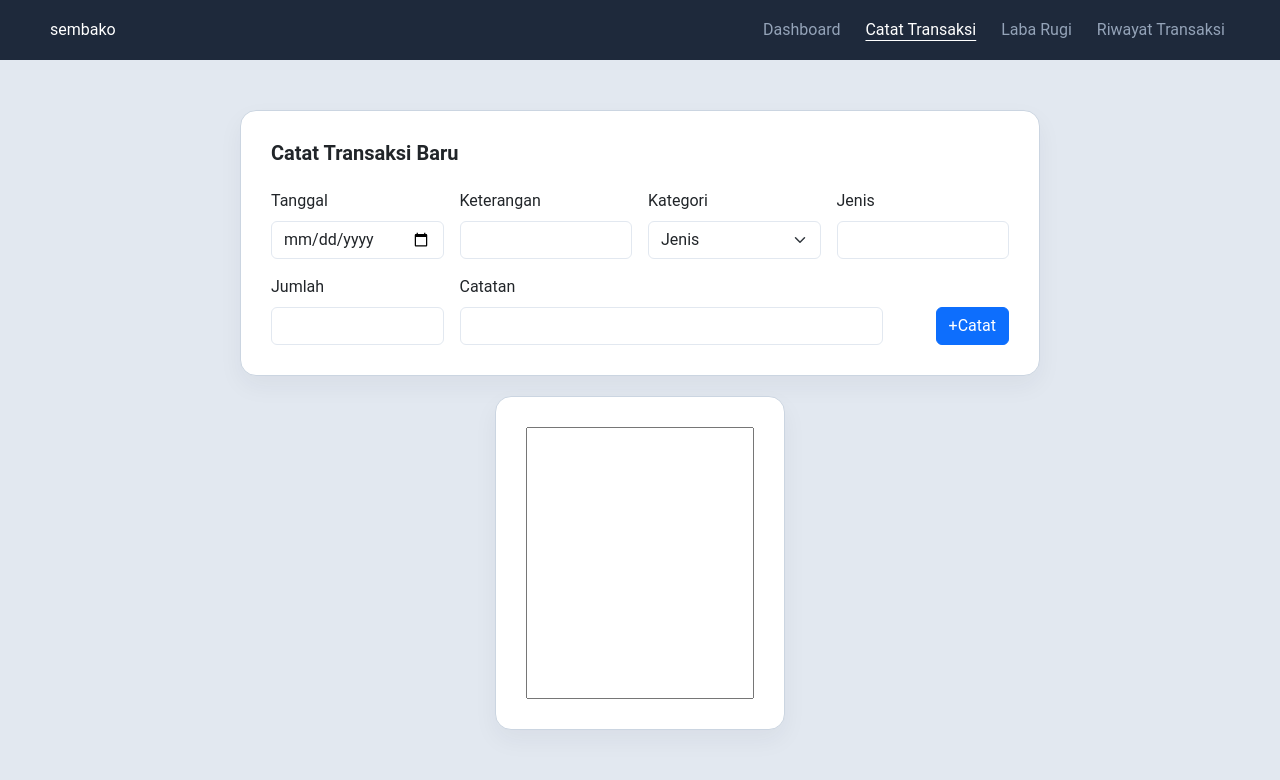
Repository: musdalifahzahra/Projek-Akhir-PWD-2026
Page: http://localhost/3-catat-transaksi.php
These files come from the project's save history. The page is drawn as it stood at one moment and after the next save; the edit follows.
The browser window is 1280 px wide. The pictures show the whole page.
The page is run by PHP 8.4 with error messages shown; the project is at /var/www/html/.

Above is the page before, as saved 2026-04-10 17:47:54.

### 3-catat-transaksi.php
<!DOCTYPE html>
<html lang="en">

<head>
    <meta charset="UTF-8">
    <meta name="viewport" content="width=device-width, initial-scale=1.0">
    <title>Catat Transaksi</title>
    <link rel="stylesheet" href="https://cdn.jsdelivr.net/npm/bootstrap@5.3.8/dist/css/bootstrap.min.css">
    <link rel="stylesheet" href="template-css.css">
    <link rel="stylesheet" href="3-catat-transaksi-css.css">
</head>

<body>
    <nav>
        <div class="profile">
            <span>sembako</span>
        </div>
        <div class="nav_list">
            <ul>
                <li><a href="2-dashboard.php">Dashboard</a></li>
                <li><a href="3-catat-transaksi.php" class="nav-active">Catat Transaksi</a></li>
                <li><a href="4-laba-rugi.php">Laba Rugi</a></li>
                <li><a href="5-laporan.php">Riwayat Transaksi</a></li>
            </ul>
        </div>
    </nav>

    <div class="wrap">
        <!-- input transaksi -->
        <div class="input-transaksi template">
            <form class="row g-3">
                <h5>Catat Transaksi Baru</h5><br>
                <!-- tanggal -->
                <div class="col-md-3">
                    <label for="tanggal" class="form-label">Tanggal</label>
                    <input type="date" class="form-control" id="tanggal">
                </div>
                <!-- keterangan -->
                <div class="col-md-3">
                    <label for="keterangan" class="form-label">Keterangan</label>
                    <input type="text" class="form-control" id="keterangan">
                </div>
                <!-- kategori -->
                <div class="col-md-3">
                    <label for="inputZip" class="form-label">Kategori</label>
                    <select class="form-select" id="kategori" aria-label="Default select example">
                        <option selected>Jenis</option>
                        <option value="Pemasukan">Pemasukan</option>
                        <option value="Pengeluaran">Pengeluaran</option>
                    </select>
                </div>
                <!-- jenis -->
                <div class="col-md-3">
                    <label for="jenis" class="form-label">Jenis</label>
                    <input type="text" class="form-control" id="jenis">
                </div>
                <!-- jumlah-->
                <div class="col-md-3">
                    <label for="jumlah" class="form-label">Jumlah</label>
                    <input type="number" class="form-control" id="jumlah">
                </div>
                <!-- catatan -->
                <div class="col-md-7">
                    <label for="catatan" class="form-label">Catatan</label>
                    <input type="text" class="form-control" id="catatan">
                </div>
                <!-- submit +catat -->
                <div class="col-md-2 d-flex align-items-end justify-content-end">
                    <button type="submit" class="btn btn-primary" id="catat"> +Catat  </button>
                </div>
            </form>
        </div>

        <!-- transaksi terbaru -->
        <div class="transaksi-terbaru template">
            <input type="text">
        </div>
    </div>
</body>

</html>

### template-css.css
:root {
  --color-nav: #1e293b;
  --color-bag-web: #e2e8f0;
  --color-card: #ffffff;
  --color-belum-dipencet: #94a3b8;
  --color-kurson: #cbd5e1;
  --color-tulisan-utama: #334155;
  --color-pemasukan: #10b981;
  --color-pengeluaran: #ef4444;
  --color-border: #e2e8f0;
  --color-border-card: #cbd5e1;
}

body {
  font-family: "Roboto", sans-serif;
}

nav {
  background-color: var(--color-nav);
  height: 60px;
  display: flex;
  align-items: center;
  justify-content: space-between;
  padding: 0px 50px;
  z-index: 1;
}

nav span {
  color: var(--color-card);
}

nav ul {
  padding: 0px;
  margin: 0px;
  display: flex;
  gap: 20px;
}
nav li {
  margin-right: 5px;
  display: inline;
  font-style: none;
}

nav a {
  color: var(--color-belum-dipencet);
  text-decoration: none;
}

.nav-active {
  color: var(--color-card);
  text-decoration: underline;
  text-underline-offset: 5px;
}

nav a:hover {
  color: var(--color-kurson);
}
body {
  background-color: var(--color-bag-web);
}

### 3-catat-transaksi-css.css
.wrap {
  display: flex;
  flex-direction: column;
  z-index: 2;
  width: 100%;
  min-height: 100vh;
  background-color: var(--color-bag-web);
  padding: 50px 20px;
  gap: 20px;
  justify-content: center;
  align-items: center;
}

h5 {
  font-weight: bold;
}
.template {
  max-width: 800px;
    border: 1.2px solid var(--color-border-card);
background-color: var(--color-card);
  border-radius: 16px;
  box-shadow: 0 10px 25px rgba(30, 41, 59, 0.05);
  padding: 30px !important; /* Beri ruang nafas lebih
}

.input-transaksi {
  display: flex;

  /* padding: 20px; */
}

.transaksi-terbaru {
  display: flex;
  flex: 1;
  /* padding: 20px; */
}
form .catat {
  margin: 0px;
  padding: 0px;
}

.form-control,
.form-select {
  border: 1px solid var(--color-border);
}

After the next save:
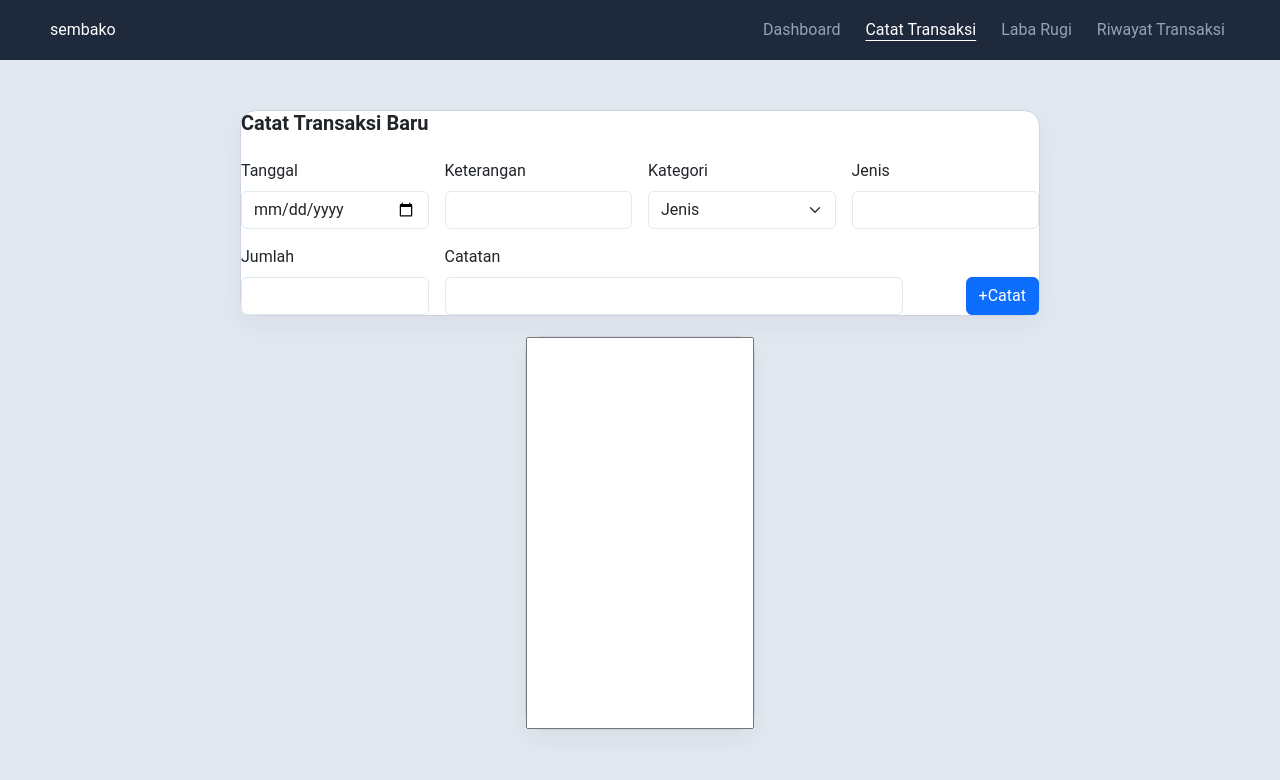
Saved 4 s later.
--- a/3-catat-transaksi-css.css
+++ b/3-catat-transaksi-css.css
@@ -20,7 +20,7 @@
 background-color: var(--color-card);
   border-radius: 16px;
   box-shadow: 0 10px 25px rgba(30, 41, 59, 0.05);
-  padding: 30px !important; /* Beri ruang nafas lebih
+
 }
 
 .input-transaksi {

After the 2 saves that followed:
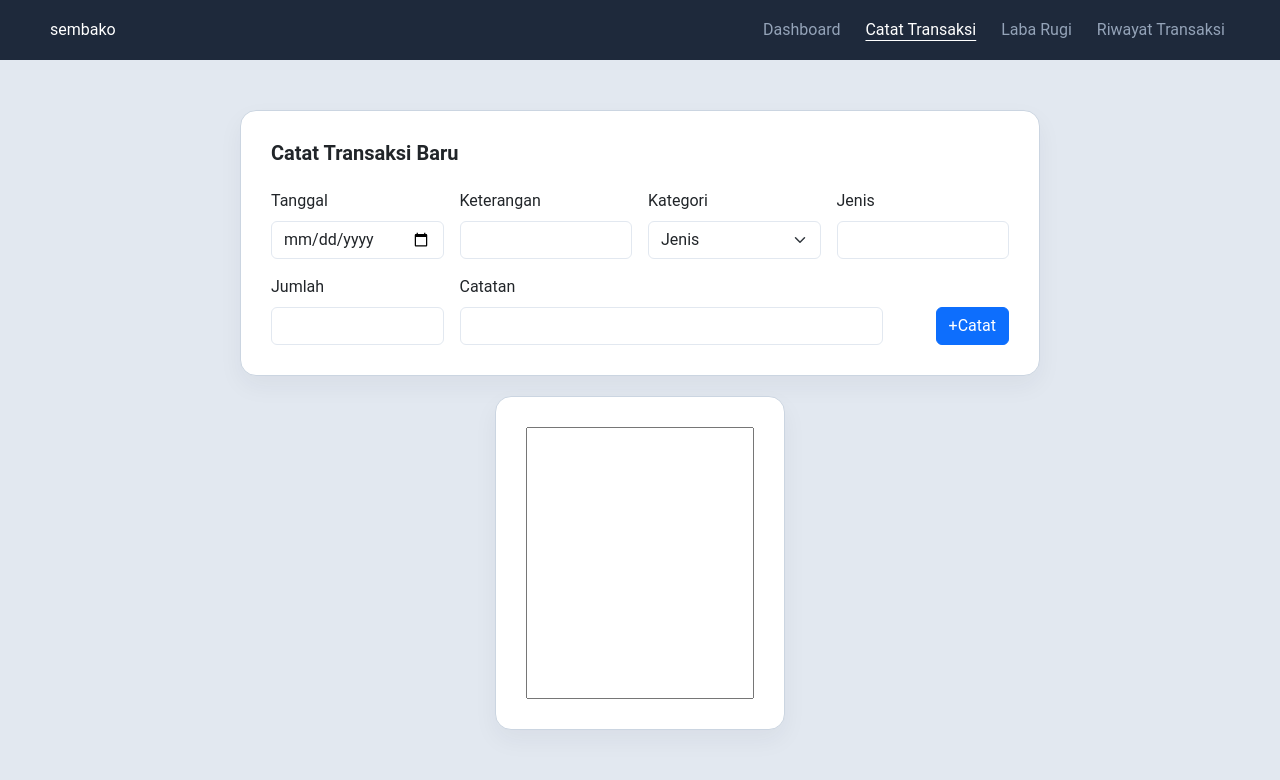
The 2 saves are shown as one change because they came seconds apart.
The last was saved 10 s later.
--- a/3-catat-transaksi-css.css
+++ b/3-catat-transaksi-css.css
@@ -20,7 +20,7 @@
 background-color: var(--color-card);
   border-radius: 16px;
   box-shadow: 0 10px 25px rgba(30, 41, 59, 0.05);
-
+  padding: 30px
 }
 
 .input-transaksi {
